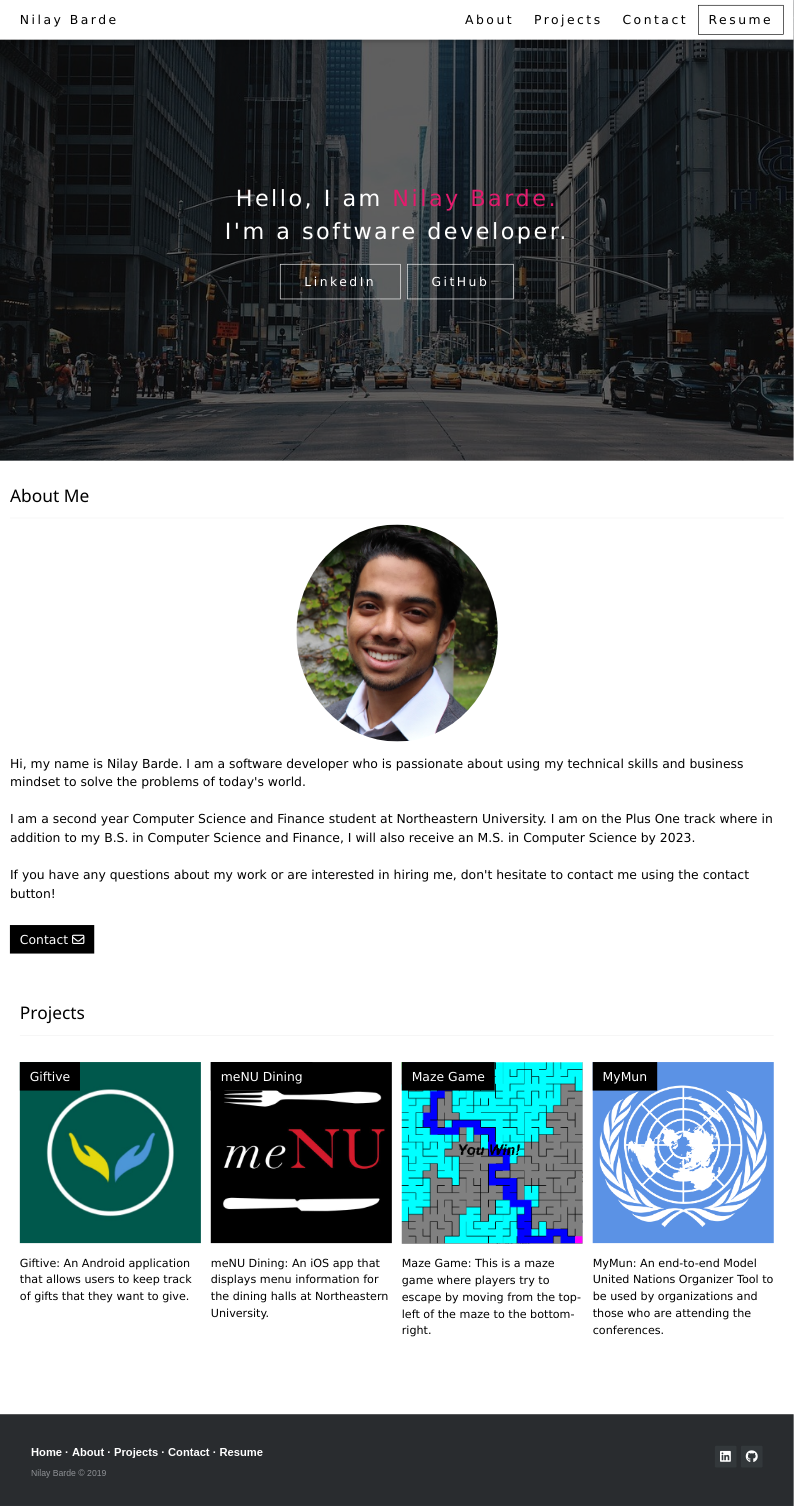
Repository: NilayBarde/Personal-Website
Page: index2.html
The author's editor kept a copy of each file at every save. The page is drawn from the files as they stood at one save, then again after the next save.
The browser window is 1280 px wide. The pictures show the whole page, at 62% of full size.
Some web libraries are served in a nearby version.

Above is the page before, as saved 2019-09-26 14:36:52.

### index2.html
<!DOCTYPE html>
<html>

<head>
    <title>Nilay Barde | Software Developer</title>
    <meta charset="UTF-8">
    <meta name="viewport" content="width=device-width, initial-scale=1">
    <link rel="stylesheet" href="style2.css">
    <link rel="stylesheet" href="https://cdnjs.cloudflare.com/ajax/libs/font-awesome/4.7.0/css/font-awesome.min.css">
    <script src="https://kit.fontawesome.com/a695053543.js"></script>
</head>

<body>
    <!-- Top Navigation Menu -->
    <div class="hide-medium hide-large">
        <div class="topnav" id="topnav">
            <a href="#home" class="active">Nilay Barde</a>
            <div id="myLinks">
                <a href="#about">About</a>
                <a href="#projects">Projects</a>
                <a href="mailto: nilaybarde@gmail.com">Contact</a>
                <a href="cv.html">Resume</a>
            </div>
            <a href="javascript:void(0);" class="icon" onclick="myFunction()">
                <i class="fa fa-bars"></i>
            </a>
        </div>
    </div>


    <!-- Navbar -->
    <div class="navbar hide-small">
        <div class="bar white wide padding card">
            <a href="#home" class="nav-bar-item nav-bar-button">Nilay Barde</a>
            <div class="nav-bar-right hide-small">
                <a href="#about" class="nav-bar-item nav-bar-button">About</a>
                <a href="#projects" class="nav-bar-item nav-bar-button">Projects</a>
                <a href="mailto: nilaybarde@gmail.com" class="nav-bar-item nav-bar-button">Contact</a>
                <a href="cv.html" id="resume" class="nav-bar-item nav-bar-button">Resume</a>
            </div>
        </div>
    </div>


    <!-- Header -->
    <header class="display-container content wide hide-small" style="max-width:1300px;" id="home">
        <img class="image" src="skyline.jpg" style="width:1300px">
        <div class="display-middle margin-top center">
            <div class="xxlarge text-white"><span class="hide-small">
                    Hello, I am </span><span class="highlight">Nilay Barde.</span>
                <br>
                <span class="hide-small">I'm a software developer.</span>
                </span>
            </div>
            <div class="buttoncontainer">
                <a href="https://www.linkedin.com/in/nilaykbarde/" target="_blank" class="btn">LinkedIn</a>
                <a href="https://github.com/NilayBarde" target="_blank" class="btn">GitHub</a>
            </div>

    </header>

    <!-- Page content -->
    <div class="content padding" style="max-width:1564px">

        <!-- About Section -->
        <div class="abouttext" id="about">
            <h3 class="border-bottom border-light-grey padding-16">About Me</h3>
            <img id="profileImage" src="profilepic.jpg" class="center">
            <p>Hi, my name is Nilay Barde. I am a software developer who is passionate about using my technical skills and business mindset to solve the problems of today's world.
                <br><br> I am a second year Computer Science and Finance student at Northeastern University. I am on the Plus One track where in addition to my B.S. in Computer Science and Finance, I will also receive an M.S. in Computer Science by 2023.
                <br><br> If you have any questions about my work or are interested in hiring me, don't hesitate to contact me using the contact button!
            </p>
            <a href="mailto: nilaybarde@gmail.com" target=blank><button class="nav-bar-button black section">
                Contact <i class="far fa-envelope"></i>
            </button></a>

        </div>

        <!-- Project Section -->
        <div class="container padding-32" id="projects">
            <h3 class="border-bottom border-light-grey padding-16">Projects</h3>
        </div>

        <div class="row-padding">
            <a href="https://play.google.com/store/apps/details?id=com.giftive.nilay.giftorganizer&hl=en_US>" target="blank">
                <div class="col l3 m6 margin-bottom">
                    <div class="display-container">
                        <div class="display-topleft black padding">Giftive</div>
                        <img src="AppIcon.jpg" alt="House" style="width:100%">
            </a>
            <p>Giftive: An Android application that allows users to keep track of gifts that they want to give.</p>
            </div>
            </div>
            <a href="https://github.com/NilayBarde/NUDiningAppiOS" target="blank">
                <div class="col l3 m6 margin-bottom">
                    <div class="display-container">
                        <div class="display-topleft black padding">meNU Dining</div>
                        <img src="meNUDiningIcon.jpg" alt="House" style="width:100%">
            </a>
            <p>meNU Dining: An iOS app that displays menu information for the dining halls at Northeastern University.</p>
            </div>
            </div>
            <a href="https://github.com/NilayBarde/MazeGame" target="blank">
                <div class="col l3 m6 margin-bottom">
                    <div class="display-container">
                        <div class="display-topleft black padding">Maze Game</div>
                        <img src="DepthMaze.PNG" alt="House" style="width:100%">
            </a>
            <p>Maze Game: This is a maze game where players try to escape by moving from the top-left of the maze to the bottom-right.</p>
            </div>
            </div>
            <a href="https://github.ccs.neu.edu/nilaybarde/MyMUN" target="blank">
                <div class="col l3 m6 margin-bottom">
                    <div class="display-container">
                        <div class="display-topleft black padding">MyMun</div>
                        <img src="MyMun.jpg" alt="House" style="width:100%">
            </a>
            <p>MyMun: An end-to-end Model United Nations Organizer Tool to be used by organizations and those who are attending the conferences.</p>
            </div>
            </div>
        </div>
    </div>

    <footer class="footer-distributed">

        <div class="footer-right">

            <a href="https://www.linkedin.com/in/nilaykbarde/" target=blank><i class="fab fa-linkedin"></i></a>
            <a href="https://github.com/NilayBarde" target=blank><i class="fab fa-github"></i></a>

        </div>

        <div class="footer-left">

            <p class="footer-links">
                <a href="#home" id=homefooter>Home</a> ·
                <a href="#about" id=aboutfooter>About</a> ·
                <a href="#projects" id=projectsfooter>Projects</a> ·
                <a href="mailto: nilaybarde@gmail.com" id=contactfooter>Contact</a> ·
                <a href="cv.html" id=resumefooter>Resume</a>

            </p>

            <p>Nilay Barde &copy; 2019</p>
        </div>

    </footer>

</body>
<script src="https://code.jquery.com/jquery-3.2.1.min.js"></script>
<script src="assets/js/script.js"></script>

</html>

Loaded but not shown: assets/js/script.js (48 lines, source omitted); style2.css (2100 lines, source omitted)

After the next save:
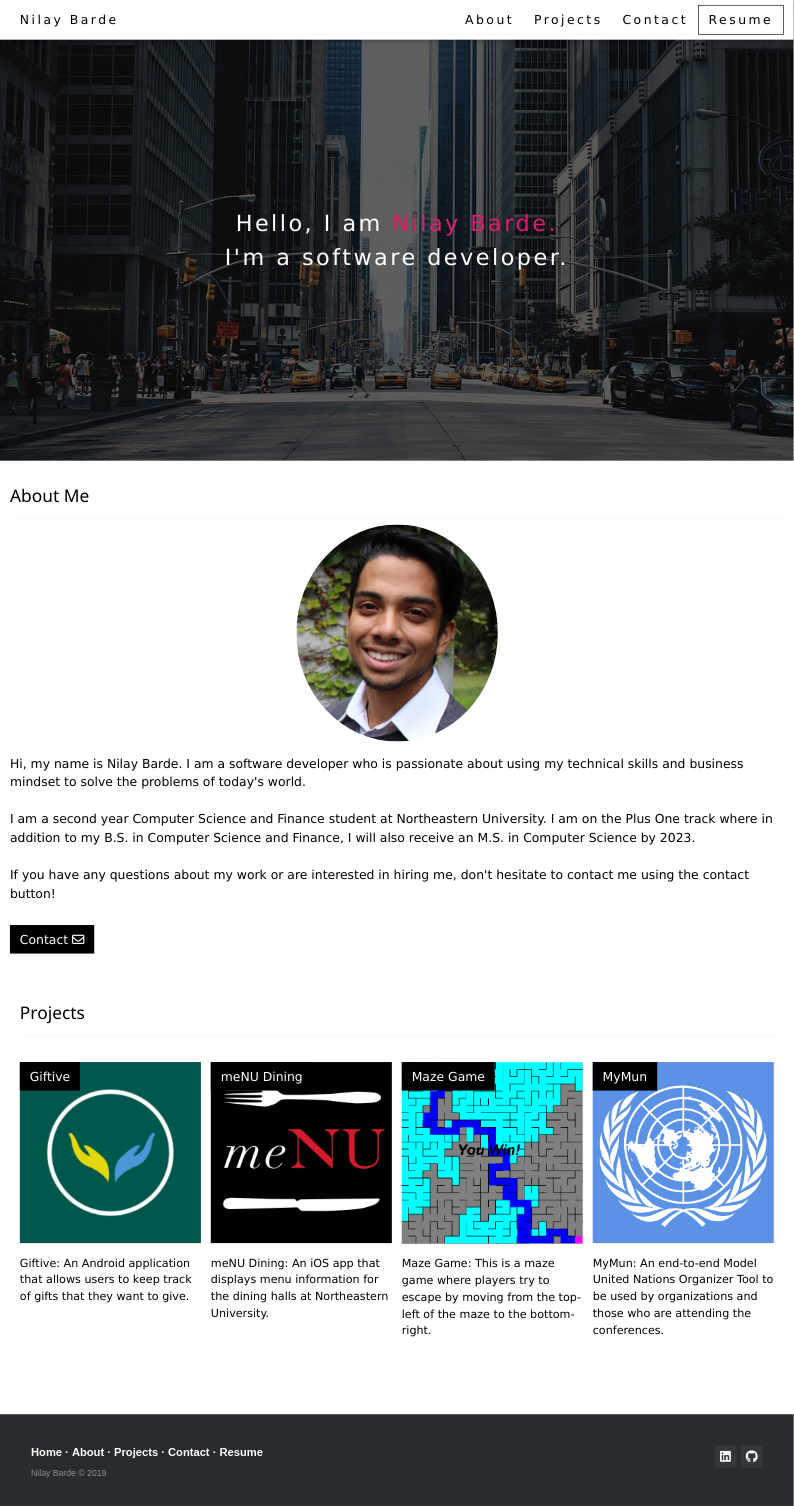
Saved 78 s later.
--- a/index2.html
+++ b/index2.html
@@ -52,10 +52,10 @@
                 <span class="hide-small">I'm a software developer.</span>
                 </span>
             </div>
-            <div class="buttoncontainer">
+            <!-- <div class="buttoncontainer">
                 <a href="https://www.linkedin.com/in/nilaykbarde/" target="_blank" class="btn">LinkedIn</a>
                 <a href="https://github.com/NilayBarde" target="_blank" class="btn">GitHub</a>
-            </div>
+            </div> -->
 
     </header>
 

After the save that followed:
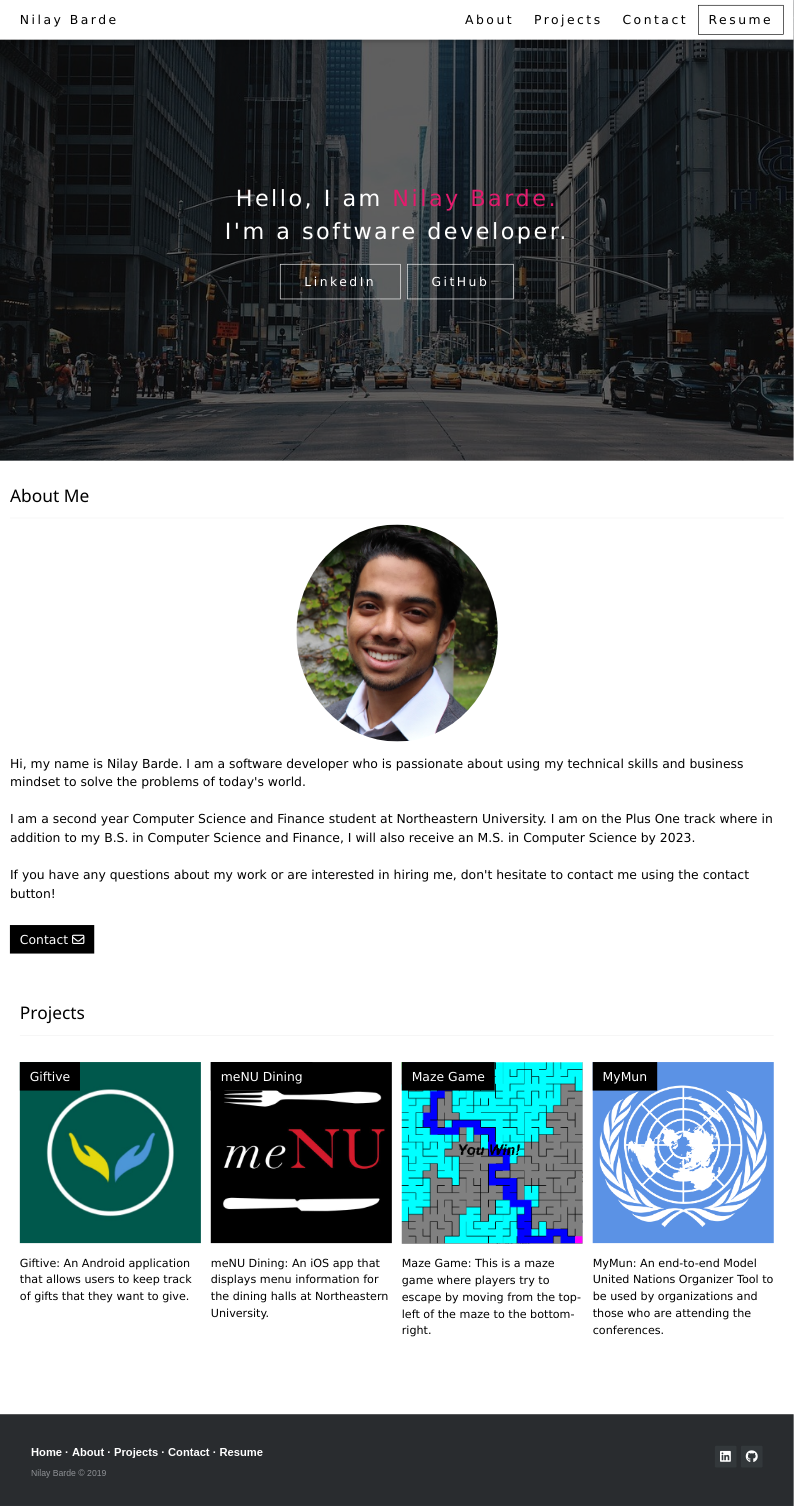
Saved 31 s later.
--- a/index2.html
+++ b/index2.html
@@ -52,10 +52,10 @@
                 <span class="hide-small">I'm a software developer.</span>
                 </span>
             </div>
-            <!-- <div class="buttoncontainer">
+            <div class="buttoncontainer">
                 <a href="https://www.linkedin.com/in/nilaykbarde/" target="_blank" class="btn">LinkedIn</a>
                 <a href="https://github.com/NilayBarde" target="_blank" class="btn">GitHub</a>
-            </div> -->
+            </div>
 
     </header>
 
